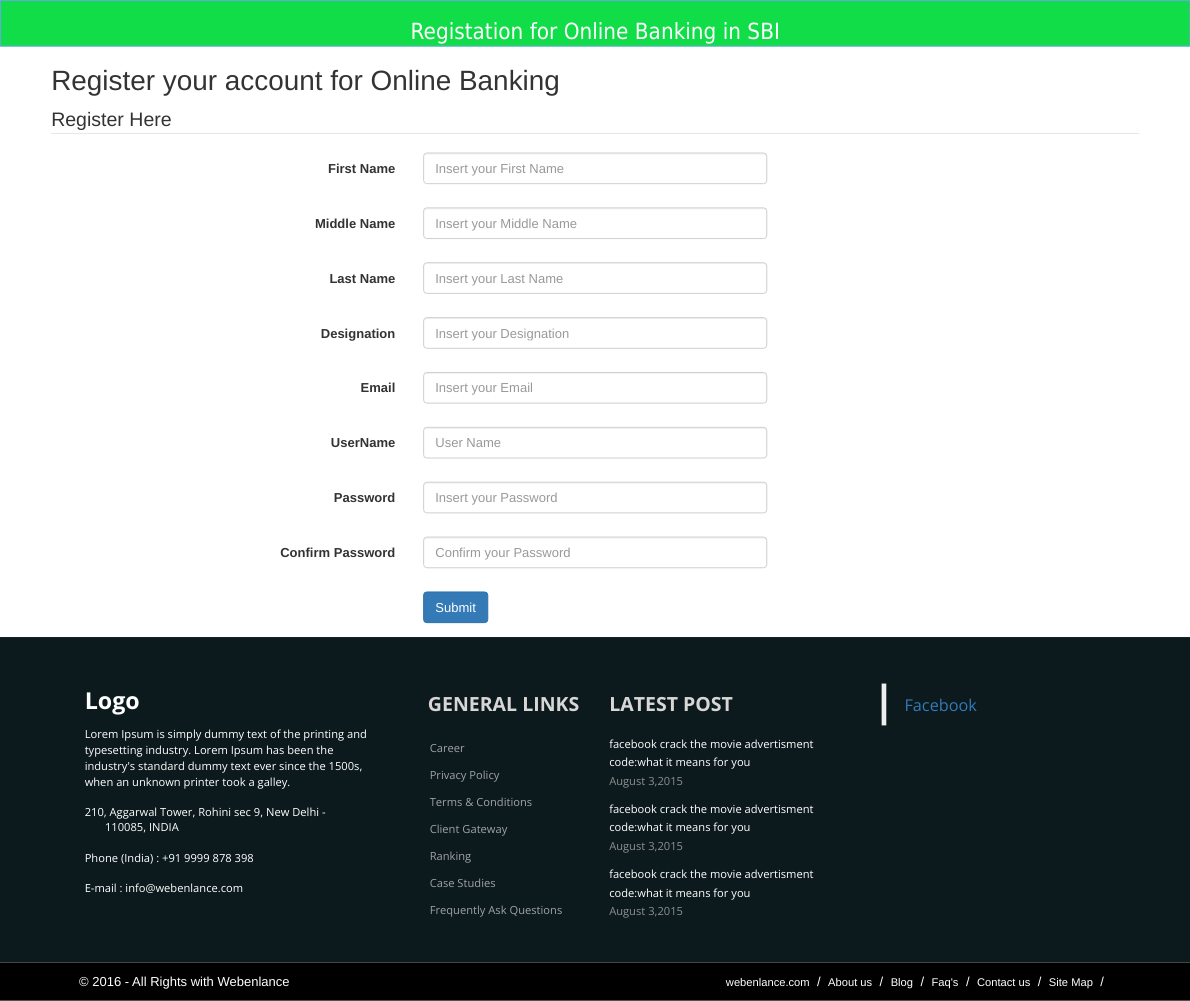
Repository: SantoshSwaraj/StudentsBankOfIndia_HSVer
Page: http://localhost/StudentsBankOfIndia_HSVer/registration.jsp
These files come from the project's save history. The page is drawn as it stood at one moment and after the next save; the edit follows.
The browser window is 1280 px wide. The pictures show the whole page, at 93% of full size.
Some web libraries are served in a nearby version. The page is served by Tomcat 9. Other server files are loaded and not shown.

Above is the page before, as saved 2017-04-02 01:52:52.

### StudentsBankOfIndia_HSVer/WebContent/registration.jsp
<%@ page language="java" contentType="text/html; charset=ISO-8859-1"
    pageEncoding="ISO-8859-1"%>
<!DOCTYPE html PUBLIC "-//W3C//DTD HTML 4.01 Transitional//EN" "http://www.w3.org/TR/html4/loose.dtd">
<html>
	<head>
	<meta http-equiv="Content-Type" content="text/html; charset=ISO-8859-1">
		<title>Registration</title>
		<meta name="viewport" content="width=device-width, initial-scale=1">
    <link rel="stylesheet" href="http://maxcdn.bootstrapcdn.com/bootstrap/3.3.4/css/bootstrap.min.css">
    <script src="https://ajax.googleapis.com/ajax/libs/jquery/1.11.3/jquery.min.js"></script>
    <script src="http://maxcdn.bootstrapcdn.com/bootstrap/3.3.4/js/bootstrap.min.js"></script>
    <link rel="stylesheet" type="text/css" href="./styles/footer.css">

	</head>
	<body>
<!--=============================Banner Welcome to Students Bank Of India Stats=============================================-->
        <div class="container-fluid">
            <div class="row">
                <div class="col-md-12" style="background-color: #11dd48; border: 1px solid #69a5e5; height: 50px; color:white">
                    <h3 style="font-family: Tahoma; text-align: center;">Registation for Online Banking in SBI</h3>
                </div>
            </div>
        </div>
    <!--=============================Banner Welcome to Students Bank Of India Ends=============================================-->

	<div class="container">
	<div class="row">
		<h2>Register your account for Online Banking</h2>

        <form class="form-horizontal">
		<fieldset>

		<!-- Form Name -->
		<legend>Register Here</legend>

		<!-- Text input-->
		<div class="form-group">
  		<label class="col-md-4 control-label" for="emp_fname">First Name</label>
  		<div class="col-md-4">
  		<input id="emp_fname" name="emp_fname" placeholder="Insert your First Name" class="form-control input-md" required="" type="text">
  		<span class="help-block"> </span>
  		</div>
		</div>

		<!-- Text input-->
		<div class="form-group">
  		<label class="col-md-4 control-label" for="emp_mname">Middle Name</label>
  		<div class="col-md-4">
  		<input id="emp_mname" name="emp_mname" placeholder="Insert your Middle Name" class="form-control input-md" type="text">
  		<span class="help-block"> </span>
  		</div>
		</div>


	<!-- Text input-->
	<div class="form-group">
  	<label class="col-md-4 control-label" for="emp_lname">Last Name</label>
  	<div class="col-md-4">
  	<input id="emp_lname" name="emp_lname" placeholder="Insert your Last Name" class="form-control input-md" required="" type="text">
  	<span class="help-block"> </span>
  	</div>
	</div>

	<!-- Text input-->
	<div class="form-group">
  	<label class="col-md-4 control-label" for="emp_design">Designation</label>
  	<div class="col-md-4">
  	<input id="emp_design" name="emp_design" placeholder="Insert your Designation" class="form-control input-md" required="" type="text">
  	<span class="help-block"> </span>
  	</div>
	</div>


	<!-- Text input-->
	<div class="form-group">
  	<label class="col-md-4 control-label" for="email">Email</label>
  	<div class="col-md-4">
  	<input id="email" name="email" placeholder="Insert your Email" class="form-control input-md" required="" type="text">
  	<span class="help-block"> </span>
  	</div>
	</div>

	<!-- Text input-->
	<div class="form-group">
  	<label class="col-md-4 control-label" for="username">UserName</label>
  	<div class="col-md-4">
  	<input id="username" name="username" placeholder="User Name" class="form-control input-md" required="" type="text">
  	<span class="help-block"> </span>
  	</div>
	</div>

	<!-- Text input-->
	<div class="form-group">
  	<label class="col-md-4 control-label" for="password">Password</label>
  	<div class="col-md-4">
  	<input id="password" name="password" placeholder="Insert your Password" class="form-control input-md" required="" type="password">
  	<span class="help-block"> </span>
  	</div>
	</div>

	<!-- Text input-->
	<div class="form-group">
  	<label class="col-md-4 control-label" for="textinput">Confirm Password</label>
  	<div class="col-md-4">
  	<input id="textinput" name="textinput" placeholder="Confirm your Password" class="form-control input-md" required="" type="password">
  	<span class="help-block"> </span>
  	</div>
	</div>

	<!-- Button -->
	<div class="form-group">
  	<label class="col-md-4 control-label" for="singlebutton"> </label>
  	<div class="col-md-4">
   	 <button id="singlebutton" name="singlebutton" class="btn btn-primary">Submit</button>
  	</div>
	</div>

	</fieldset>
</form>

</div>
</div>

<!--=========================================================================================================================-->
  <!--=========================================================================================================================-->
  <!--=========================================================================================================================-->
  <!--============================================Footer Starts===============================================-->
  <!--footer start from here-->
  <footer>
  <div class="container">
    <div class="row">
      <div class="col-md-4 col-sm-6 footerleft ">
        <div class="logofooter"> Logo</div>
        <p>Lorem Ipsum is simply dummy text of the printing and typesetting industry. Lorem Ipsum has been the industry's standard dummy text ever since the 1500s, when an unknown printer took a galley.</p>
        <p><i class="fa fa-map-pin"></i> 210, Aggarwal Tower, Rohini sec 9, New Delhi -        110085, INDIA</p>
        <p><i class="fa fa-phone"></i> Phone (India) : +91 9999 878 398</p>
        <p><i class="fa fa-envelope"></i> E-mail : info@webenlance.com</p>

      </div>
      <div class="col-md-2 col-sm-6 paddingtop-bottom">
        <h6 class="heading7">GENERAL LINKS</h6>
        <ul class="footer-ul">
          <li><a href="#"> Career</a></li>
          <li><a href="#"> Privacy Policy</a></li>
          <li><a href="#"> Terms & Conditions</a></li>
          <li><a href="#"> Client Gateway</a></li>
          <li><a href="#"> Ranking</a></li>
          <li><a href="#"> Case Studies</a></li>
          <li><a href="#"> Frequently Ask Questions</a></li>
        </ul>
      </div>
      <div class="col-md-3 col-sm-6 paddingtop-bottom">
        <h6 class="heading7">LATEST POST</h6>
        <div class="post">
          <p>facebook crack the movie advertisment code:what it means for you <span>August 3,2015</span></p>
          <p>facebook crack the movie advertisment code:what it means for you <span>August 3,2015</span></p>
          <p>facebook crack the movie advertisment code:what it means for you <span>August 3,2015</span></p>
        </div>
      </div>
      <div class="col-md-3 col-sm-6 paddingtop-bottom">
        <div class="fb-page" data-href="https://www.facebook.com/facebook" data-tabs="timeline" data-height="300" data-small-header="false" style="margin-bottom:15px;" data-adapt-container-width="true" data-hide-cover="false" data-show-facepile="true">
          <div class="fb-xfbml-parse-ignore">
            <blockquote cite="https://www.facebook.com/facebook"><a href="https://www.facebook.com/facebook">Facebook</a></blockquote>
          </div>
        </div>
      </div>
    </div>
  </div>
</footer>


<div class="copyright">
  <div class="container">
    <div class="col-md-6">
      <p>© 2016 - All Rights with Webenlance</p>
    </div>
    <div class="col-md-6">
      <ul class="bottom_ul">
        <li><a href="#">webenlance.com</a></li>
        <li><a href="#">About us</a></li>
        <li><a href="#">Blog</a></li>
        <li><a href="#">Faq's</a></li>
        <li><a href="#">Contact us</a></li>
        <li><a href="#">Site Map</a></li>
      </ul>
    </div>
  </div>
</div>
<!--=========================Footer Ends Here===================-->
</body>
</html>

### StudentsBankOfIndia_HSVer/WebContent/styles/footer.css
@import url(https://fonts.googleapis.com/css?family=Open+Sans:400,700,300);
footer { background-color:#0c1a1e; min-height:350px; font-family: 'Open Sans', sans-serif; }
.footerleft { margin-top:50px; padding:0 36px; }
.logofooter { margin-bottom:10px; font-size:25px; color:#fff; font-weight:700;}

.footerleft p { color:#fff; font-size:12px !important; font-family: 'Open Sans', sans-serif; margin-bottom:15px;}
.footerleft p i { width:20px; color:#999;}


.paddingtop-bottom {  margin-top:50px;}
.footer-ul { list-style-type:none;  padding-left:0px; margin-left:2px;}
.footer-ul li { line-height:29px; font-size:12px;}
.footer-ul li a { color:#a0a3a4; transition: color 0.2s linear 0s, background 0.2s linear 0s; }
.footer-ul i { margin-right:10px;}
.footer-ul li a:hover {transition: color 0.2s linear 0s, background 0.2s linear 0s; color:#ff670f; }

.social:hover {
     -webkit-transform: scale(1.1);
     -moz-transform: scale(1.1);
     -o-transform: scale(1.1);
 }
 .icon-ul { list-style-type:none !important; margin:0px; padding:0px;}
 .icon-ul li { line-height:75px; width:100%; float:left;}
 .icon { float:left; margin-right:5px;}


 .copyright { min-height:40px; background-color:#000000;}
 .copyright p { text-align:left; color:#FFF; padding:10px 0; margin-bottom:0px;}
 .heading7 { font-size:21px; font-weight:700; color:#d9d6d6; margin-bottom:22px;}
 .post p { font-size:12px; color:#FFF; line-height:20px;}
 .post p span { display:block; color:#8f8f8f;}
 .bottom_ul { list-style-type:none; float:right; margin-bottom:0px;}
 .bottom_ul li { float:left; line-height:40px;}
 .bottom_ul li:after { content:"/"; color:#FFF; margin-right:8px; margin-left:8px;}
 .bottom_ul li a { color:#FFF;  font-size:12px;}

After the next save:
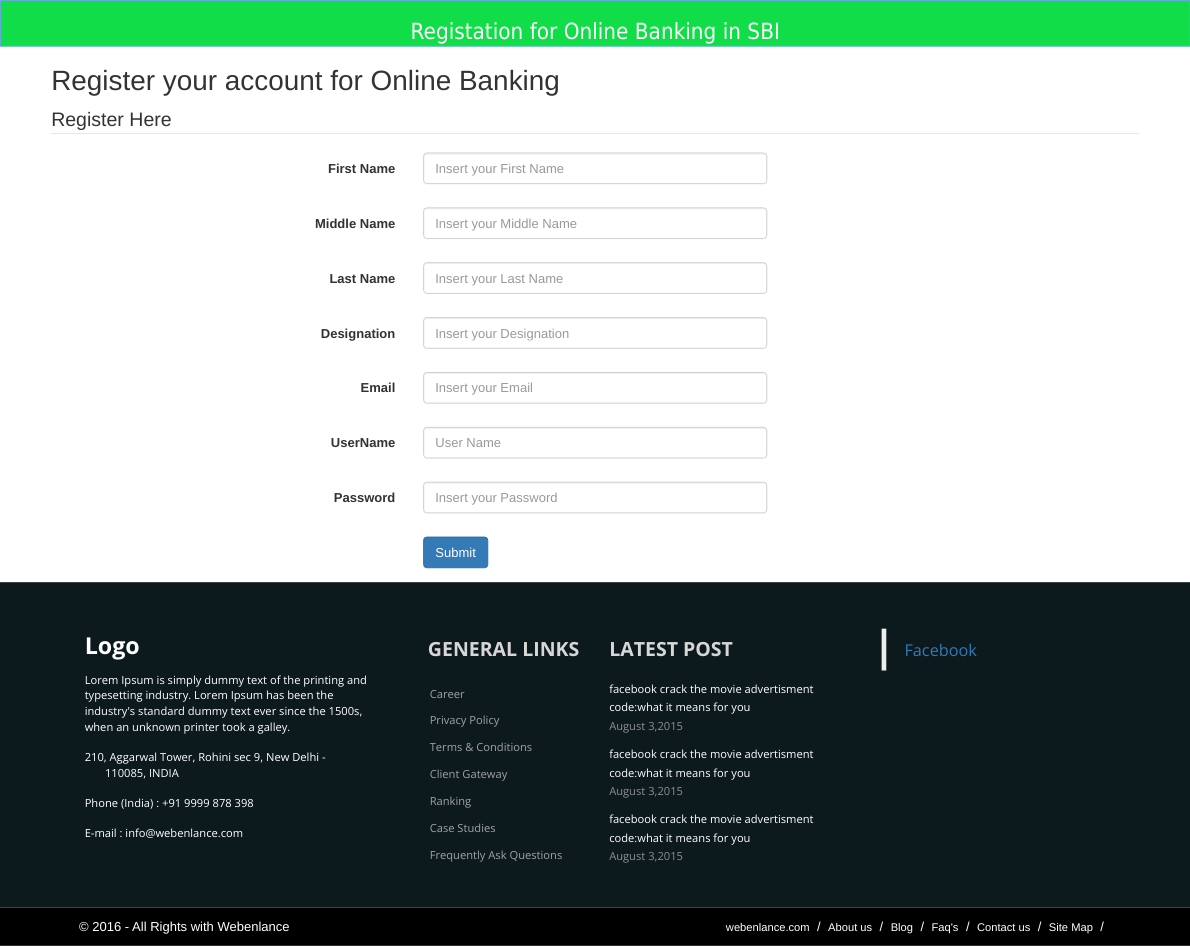
Saved 5 min 30 s later.
--- a/StudentsBankOfIndia_HSVer/WebContent/registration.jsp
+++ b/StudentsBankOfIndia_HSVer/WebContent/registration.jsp
@@ -98,15 +98,6 @@
   	</div>
 	</div>
 
-	<!-- Text input-->
-	<div class="form-group">
-  	<label class="col-md-4 control-label" for="textinput">Confirm Password</label>
-  	<div class="col-md-4">
-  	<input id="textinput" name="textinput" placeholder="Confirm your Password" class="form-control input-md" required="" type="password">
-  	<span class="help-block"> </span>
-  	</div>
-	</div>
-
 	<!-- Button -->
 	<div class="form-group">
   	<label class="col-md-4 control-label" for="singlebutton"> </label>
